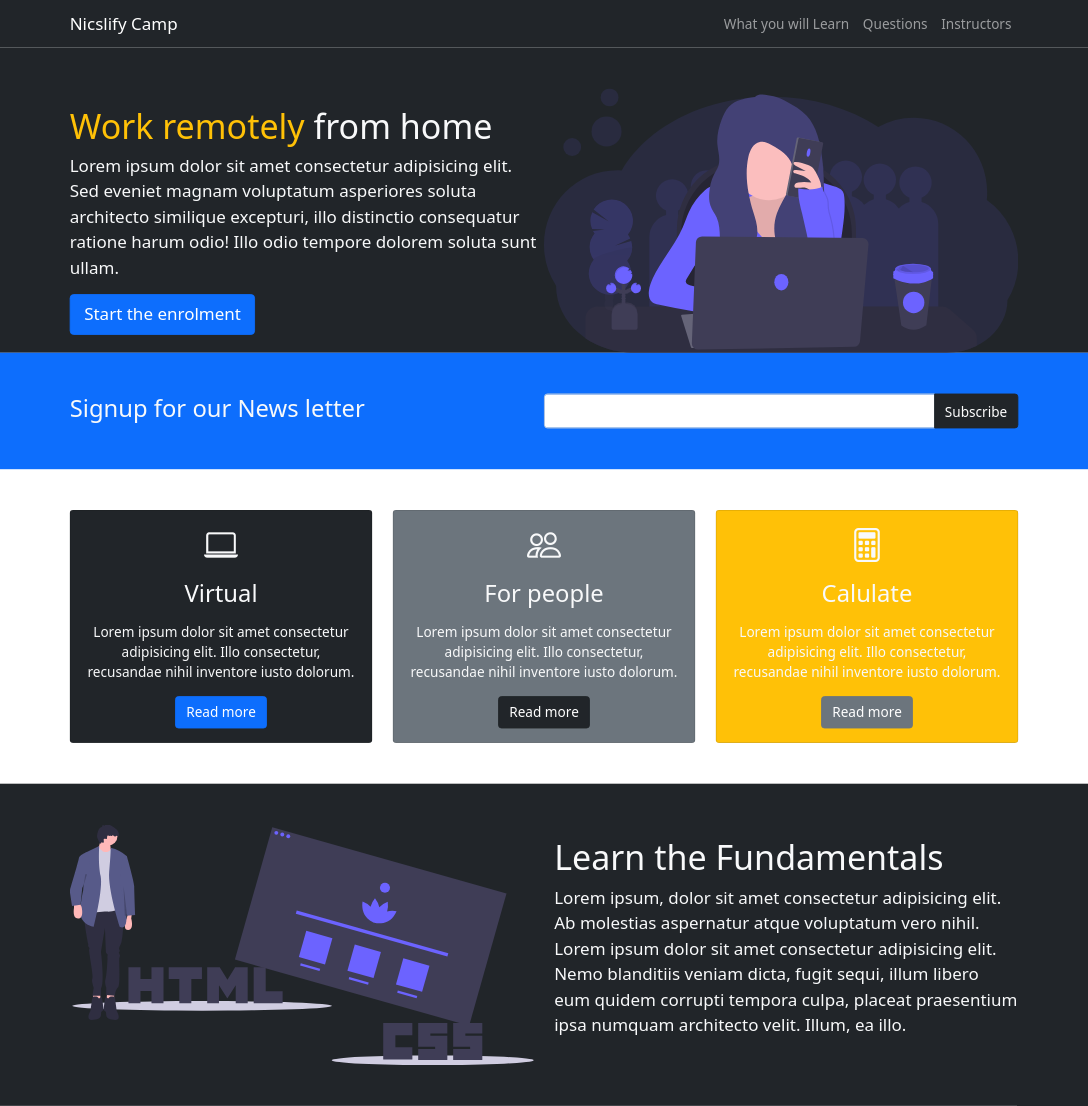
Repository: Eugene44-hub/enrollment-site
Page: index.html
The author's editor kept a copy of each file at every save. The page is drawn from the files as they stood at one save, then again after the next save.
The browser window is 1280 px wide. The pictures show the whole page, at 85% of full size.
Some web libraries are served in a nearby version.

Above is the page before, as saved 2021-10-20 11:00:51.

### index.html
<!DOCTYPE html>
<html lang="en">

<head>
    <meta charset="UTF-8">
    <meta http-equiv="X-UA-Compatible" content="IE=edge">
    <meta name="viewport" content="width=device-width, initial-scale=1.0">
    <!-- CSS only -->
    <link href="https://cdn.jsdelivr.net/npm/bootstrap@5.1.3/dist/css/bootstrap.min.css" rel="stylesheet" integrity="sha384-1BmE4kWBq78iYhFldvKuhfTAU6auU8tT94WrHftjDbrCEXSU1oBoqyl2QvZ6jIW3" crossorigin="anonymous">
    <link rel="stylesheet" href="https://cdn.jsdelivr.net/npm/bootstrap-icons@1.6.1/font/bootstrap-icons.css">
    <link rel="stylesheet" href="style.css">
    <title>Bootstrap webpage</title>
</head>

<body>
    <!-- nav bar starts -->
    <nav class="navbar navbar-expand-md bg-dark navbar-dark">
        <div class="container">
            <a href="" class="navbar-brand">Nicslify Camp</a>

            <button class="navbar-toggler" type="button" data-bs-toggle='collapse' data-bs-target="#navmenu">
              <span class="navbar-toggler-icon"></span>
            </button>

            <div class="collapse navbar-collapse" id="navmenu">
                <ul class="navbar-nav ms-auto text-center text-sm-start">
                    <li class="nav-item">
                        <a href="#" class="nav-link">What you will Learn</a>
                    </li>
                    <li class="nav-item">
                        <a href="#" class="nav-link">Questions</a>
                    </li>
                    <li class="nav-item">
                        <a href="#" class="nav-link">Instructors</a>
                    </li>
                </ul>
            </div>
        </div>
    </nav>
    <!-- nav bar ends -->


    <!-- showCase starts -->
    <section class="bg-dark text-light text-center text-sm-start p-lg-0 pt-5 pb-5">
        <div class="container">
            <div class="d-md-flex pt-5 align-items-center">
                <div class="">
                    <div class="h1 "><span class="text-warning">Work remotely</span> from home</div>
                    <p class="lead">Lorem ipsum dolor sit amet consectetur adipisicing elit. Sed eveniet magnam voluptatum asperiores soluta architecto similique excepturi, illo distinctio consequatur ratione harum odio! Illo odio tempore dolorem soluta sunt ullam.</p>
                    <button class="btn btn-primary btn-lg ">Start the enrolment</button>
                </div>
                <img src="undraw_working_remotely_jh40.svg" class="img-fluid w-50 d-none d-md-block" alt="">
            </div>
        </div>
    </section>
    <!-- showCase ends -->

    <!-- signup starts -->
    <section class="bg-primary text-light p-5">
        <div class="container">
            <div class="d-md-flex justify-content-between">
                <p class="h3">Signup for our News letter</p>
                <div class="input-group" id="input-field">
                    <input type="text" class="form-control">
                    <button type="button" class="btn btn-dark">Subscribe</button>
                </div>
            </div>
        </div>
    </section>
    <!-- signup ends -->

    <!-- boxes starts -->
    <section class="my-5">
        <div class="container">
            <div class="row g-4">
                <div class="col-md">
                    <div class="card bg-dark text-center text-light ">
                        <div class="card-body">
                            <div class="h1 mb-3"><i class="bi bi-laptop"></i></div>
                            <div class="card-title h3 mb-3">Virtual</div>
                            <div class="card-text">
                                Lorem ipsum dolor sit amet consectetur adipisicing elit. Illo consectetur, recusandae nihil inventore iusto dolorum.
                            </div>
                            <a href="" class="btn btn-primary mt-3">Read more</a>
                        </div>
                    </div>


                </div>
                <div class="col-md">
                    <div class="card bg-secondary text-center text-light ">
                        <div class="card-body">
                            <div class="h1 mb-3"><i class="bi bi-people"></i></div>
                            <div class="card-title h3 mb-3">For people</div>
                            <div class="card-text">
                                Lorem ipsum dolor sit amet consectetur adipisicing elit. Illo consectetur, recusandae nihil inventore iusto dolorum.
                            </div>
                            <a href="" class="btn btn-dark mt-3">Read more</a>
                        </div>
                    </div>
                </div>
                <div class="col-md">
                    <div class="card bg-warning text-center text-light ">
                        <div class="card-body">
                            <div class="h1 mb-3"><i class="bi bi-calculator"></i></div>
                            <div class="card-title h3 mb-3">Calulate</div>
                            <div class="card-text">
                                Lorem ipsum dolor sit amet consectetur adipisicing elit. Illo consectetur, recusandae nihil inventore iusto dolorum.
                            </div>
                            <a href="" class="btn btn-secondary mt-3">Read more</a>
                        </div>
                    </div>
                </div>
            </div>
        </div>
    </section>
    <!-- boxes starts -->

    <!-- learn section starts -->
    <section class="bg-dark p-5 text-light ">
        <div class="container">
            <div class="row align-items-center">

                <div class="col-md m-auto">
                    <img src=" frontend.svg " class="img-fluid">
                </div>



                <div class="col-md mt-5 mt-md-0 ">
                    <h1>Learn the Fundamentals</h1>
                    <p class="lead ">
                        Lorem ipsum, dolor sit amet consectetur adipisicing elit. Ab molestias aspernatur atque voluptatum vero nihil. <br> Lorem ipsum dolor sit amet consectetur adipisicing elit. Nemo blanditiis veniam dicta, fugit sequi, illum libero
                        eum quidem corrupti tempora culpa, placeat praesentium ipsa numquam architecto velit. Illum, ea illo.
                    </p>

                </div>
            </div>
        </div>
    </section>
    <!-- learn section ends -->
</body>
<!-- JavaScript Bundle with Popper -->
<script src="https://cdn.jsdelivr.net/npm/bootstrap@5.1.3/dist/js/bootstrap.bundle.min.js " integrity="sha384-ka7Sk0Gln4gmtz2MlQnikT1wXgYsOg+OMhuP+IlRH9sENBO0LRn5q+8nbTov4+1p " crossorigin="anonymous "></script>

</html>

### style.css
@media screen and (min-width:768px) {
    #input-field {
        width: 50%;
    }
}

After the next save:
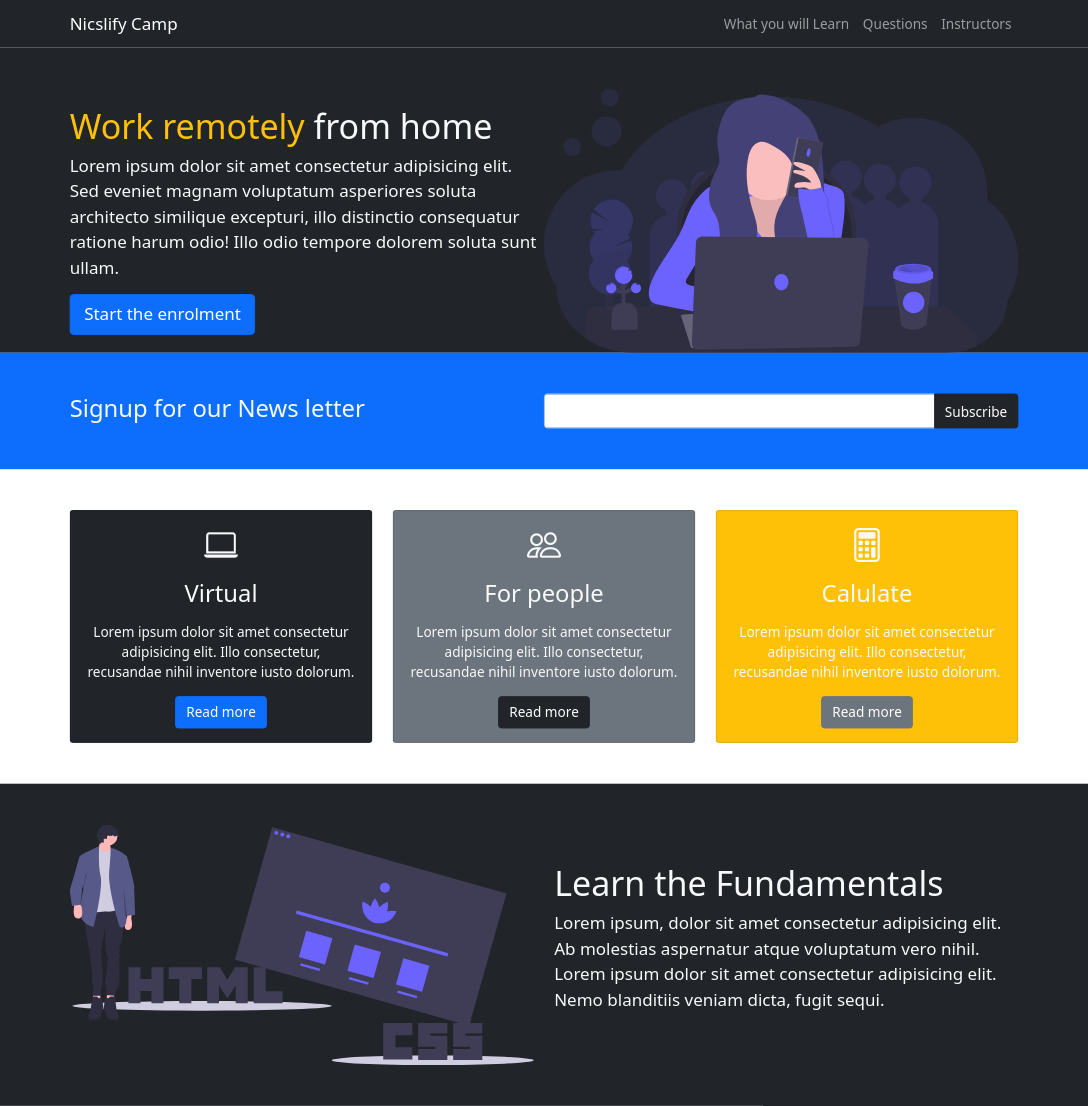
Saved 52 s later.
--- a/index.html
+++ b/index.html
@@ -130,8 +130,7 @@
                 <div class="col-md mt-5 mt-md-0 ">
                     <h1>Learn the Fundamentals</h1>
                     <p class="lead ">
-                        Lorem ipsum, dolor sit amet consectetur adipisicing elit. Ab molestias aspernatur atque voluptatum vero nihil. <br> Lorem ipsum dolor sit amet consectetur adipisicing elit. Nemo blanditiis veniam dicta, fugit sequi, illum libero
-                        eum quidem corrupti tempora culpa, placeat praesentium ipsa numquam architecto velit. Illum, ea illo.
+                        Lorem ipsum, dolor sit amet consectetur adipisicing elit. Ab molestias aspernatur atque voluptatum vero nihil. <br> Lorem ipsum dolor sit amet consectetur adipisicing elit. Nemo blanditiis veniam dicta, fugit sequi.
                     </p>
 
                 </div>
